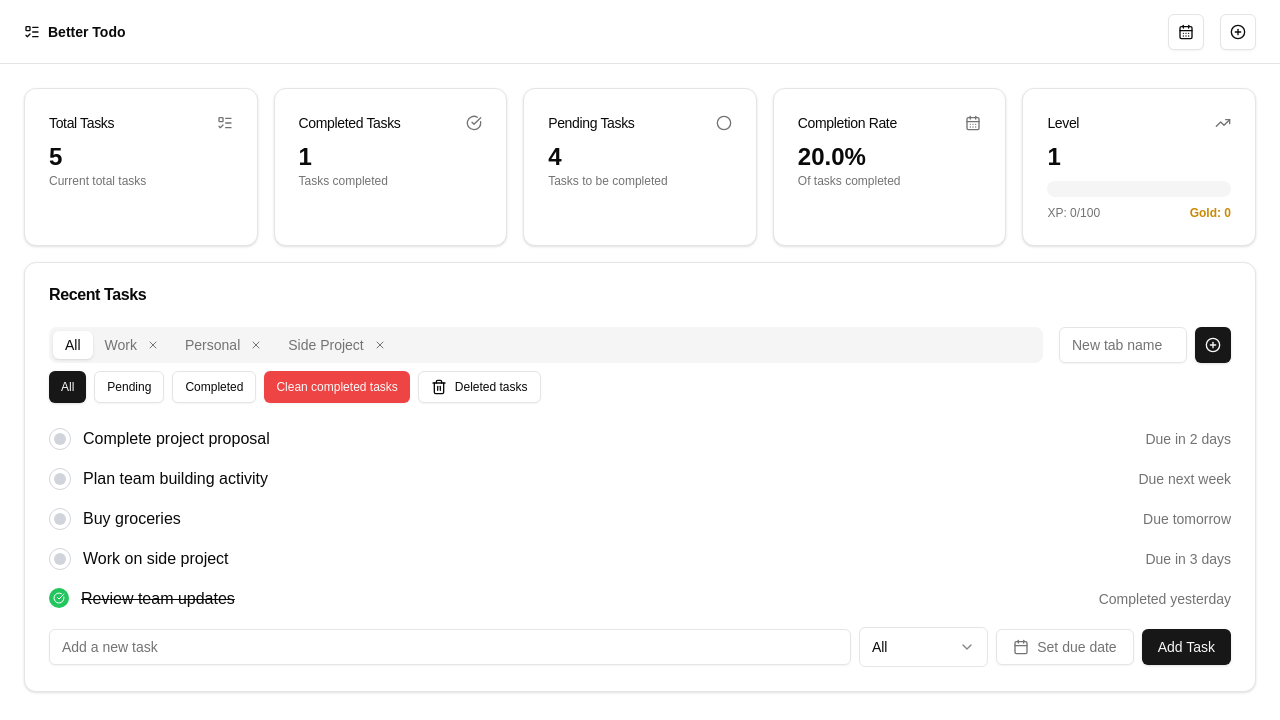
Repository: malikbarbier7/better-todo
Page: /dashboard
These files come from the project's save history. The page is drawn as it stood at one moment and after the next save; the edit follows.
The browser window is 1280 px wide. The pictures show the whole page.
The project was rebuilt for these pictures with package versions that can differ from the ones it lists, and the page was loaded fresh each time. The framework's server and built-in components were replaced by stand-ins that run in the browser. Also part of the build but not shown: next.config.js, next.config.mjs, components/ui/calendar.tsx.

Above is the page before, as saved 2024-10-04 13:19:31.

After the next save:
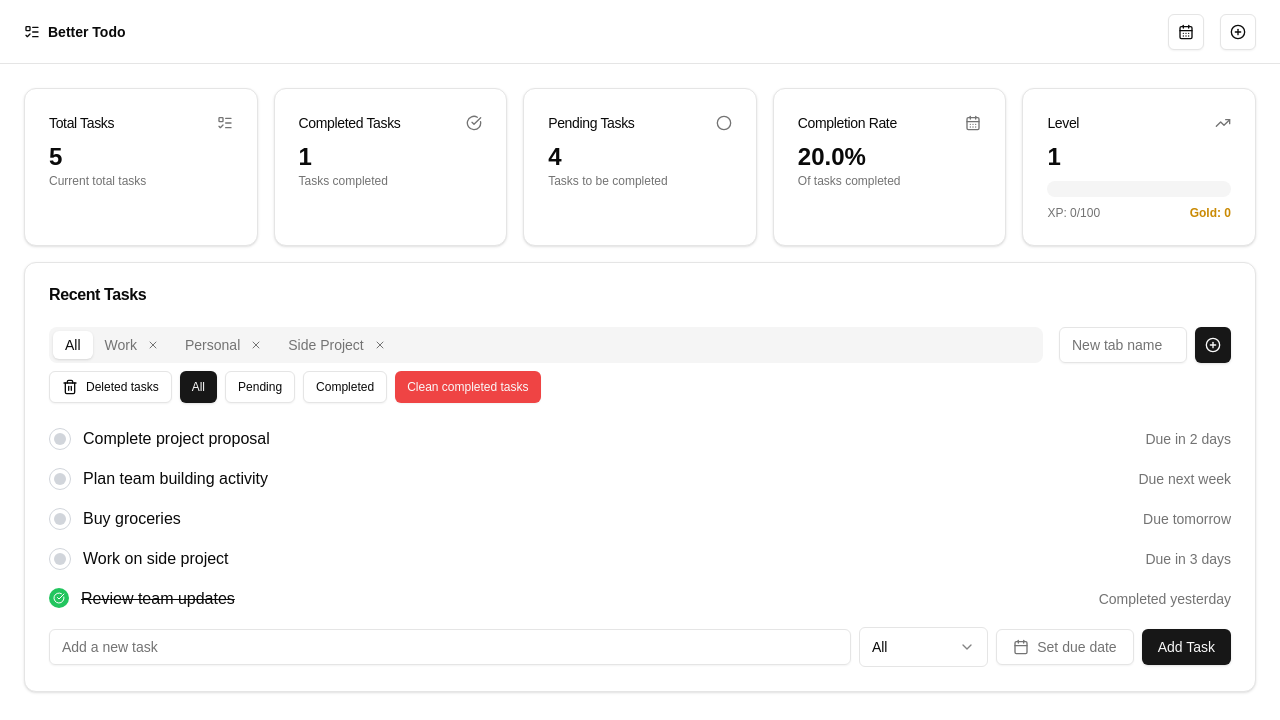
Saved 3 min 15 s later.
--- a/components/dashboard.tsx
+++ b/components/dashboard.tsx
@@ -338,6 +338,14 @@
                     <div className="flex items-center space-x-2">
                       <Button
                         size="sm"
+                        variant={taskFilter === 'deleted' ? 'default' : 'outline'}
+                        onClick={() => setTaskFilter('deleted')}
+                      >
+                        <Trash2 className="w-4 h-4 mr-2" />
+                        Deleted tasks
+                      </Button>
+                      <Button
+                        size="sm"
                         variant={taskFilter === 'all' ? 'default' : 'outline'}
                         onClick={() => setTaskFilter('all')}
                       >
@@ -363,14 +371,6 @@
                         onClick={handleCleanCompletedTasks}
                       >
                         Clean completed tasks
-                      </Button>
-                      <Button
-                        size="sm"
-                        variant={taskFilter === 'deleted' ? 'default' : 'outline'}
-                        onClick={() => setTaskFilter('deleted')}
-                      >
-                        <Trash2 className="w-4 h-4 mr-2" />
-                        Deleted tasks
                       </Button>
                     </div>
                   </div>

After the save that followed:
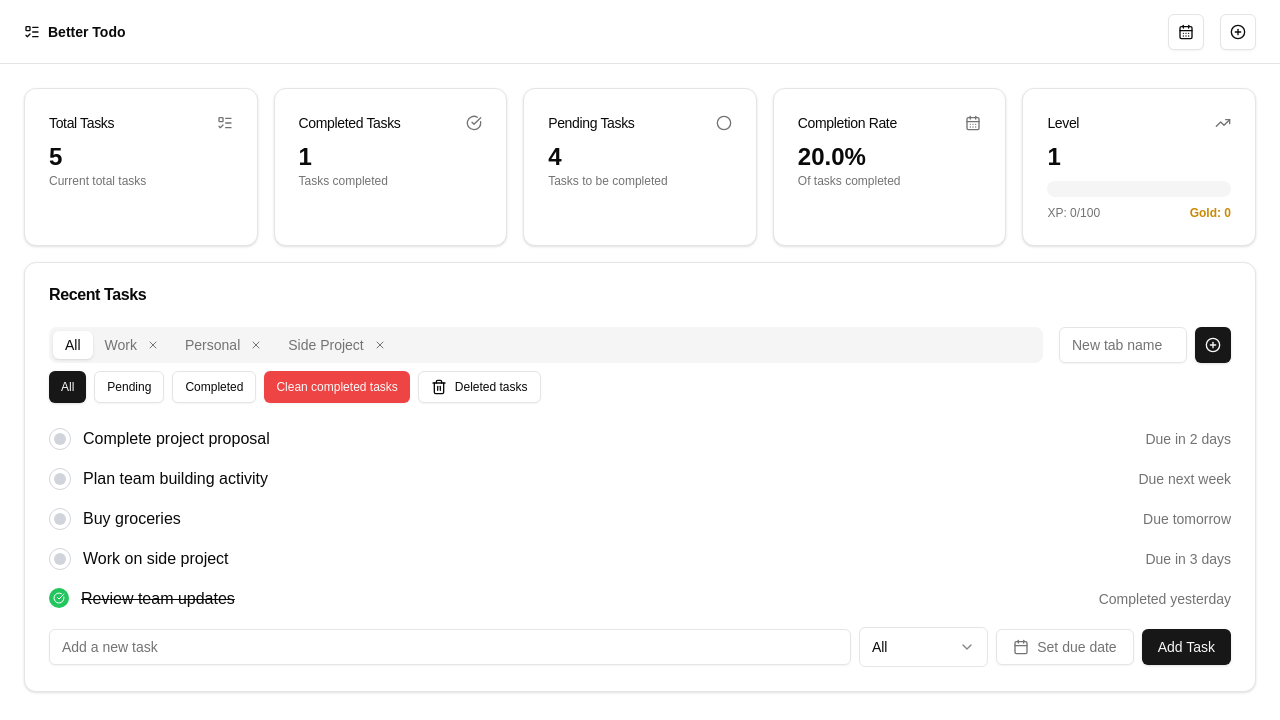
Saved 37 s later.
--- a/components/dashboard.tsx
+++ b/components/dashboard.tsx
@@ -338,14 +338,6 @@
                     <div className="flex items-center space-x-2">
                       <Button
                         size="sm"
-                        variant={taskFilter === 'deleted' ? 'default' : 'outline'}
-                        onClick={() => setTaskFilter('deleted')}
-                      >
-                        <Trash2 className="w-4 h-4 mr-2" />
-                        Deleted tasks
-                      </Button>
-                      <Button
-                        size="sm"
                         variant={taskFilter === 'all' ? 'default' : 'outline'}
                         onClick={() => setTaskFilter('all')}
                       >
@@ -371,6 +363,14 @@
                         onClick={handleCleanCompletedTasks}
                       >
                         Clean completed tasks
+                      </Button>
+                      <Button
+                        size="sm"
+                        variant={taskFilter === 'deleted' ? 'default' : 'outline'}
+                        onClick={() => setTaskFilter('deleted')}
+                      >
+                        <Trash2 className="w-4 h-4 mr-2" />
+                        Deleted tasks
                       </Button>
                     </div>
                   </div>
